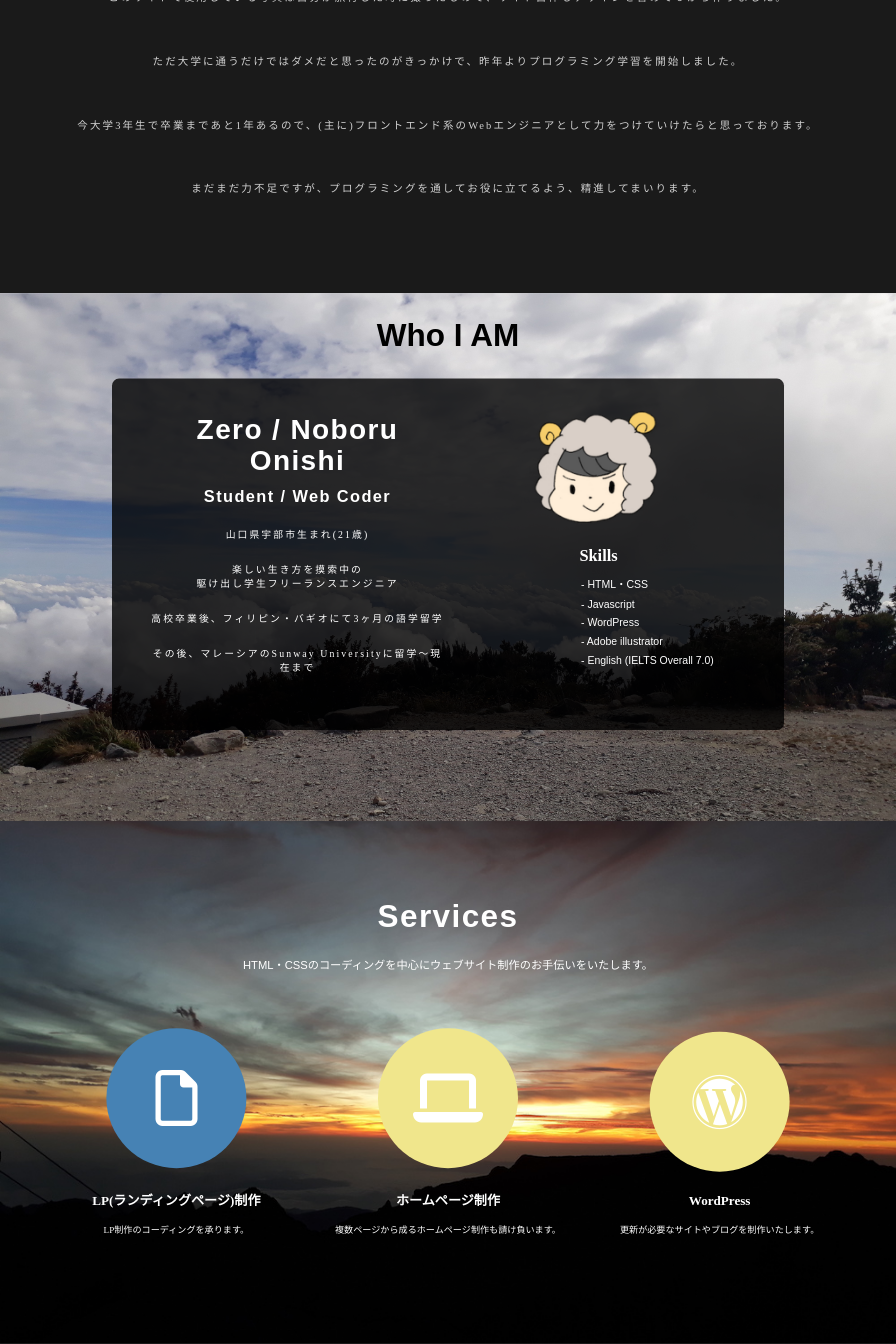
Repository: ZeroRequiem126/MyPortfolioSite
Page: top.html
The author's editor kept a record of every edit. The page is drawn from the files as they stood at one moment, then again after the next edit.
The browser window is 1280 px wide. The pictures show the part of the page from y = 1057 to 2977 px (the page is 2977 px tall), at 70% of full size.
Some web libraries are served in a nearby version.

Above is the page before.

### top.html
<!DOCTYPE>
<html>
    <head>
        <meta charset="utf-8">
        <title>Zero</title>
        <link rel="stylesheet" type="text/css" href="top.css">
        <link rel="stylesheet" type="text/css"  href="swiper.css">
        <meta name="viewport" content="width=device-width, initial-scale=1.0">
        <script src="https://kit.fontawesome.com/fdddab2d46.js"></script>
    </head>

    <body>
        <header>
            <div class="container">
                <div class="header-left">Zero</div>
                <div class="header-right">
                    <ul>
                        <li>Who I AM</li>
                        <li>Skills</li>
                        <li>Portfolio</li>
                        <li>Contact</li>
                    </ul>
                </div>
            </div>
        </header>

        <div class="main">
            <div class="container">

                    <span class="slider-title">Zero</span>
                    <div class="swiper-container">
                        <div class="swiper-wrapper">
                              <div class="swiper-slide"><img src="images/pic1.jpg" alt="pic1.JPG" width="100%"></div>
                              <div class="swiper-slide"><img src="images/pic2.jpg" alt="pic2.jpg" width="100%"></div>
                              <div class="swiper-slide"><img src="images/pic3.jpg" alt="pic3.JPG" width="100%"></div>
                              <div class="swiper-slide"><img src="images/pic4.png" alt="pic4.png" width="100%"></div>
                              <div class="swiper-slide"><img src="images/pic5.jpg" alt="pic4.jpg" width="100%"></div>
                              <div class="swiper-slide"><img src="images/pic6.jpg" alt="pic4.jpg" width="100%"></div>
                        </div>
                        <div class="swiper-button-prev"></div>
                        <div class="swiper-button-next"></div>
                    </div>

                    <div class="introduction">
                        <div class="container">
                            <p>はじめまして、大西昇と申します。</p>
                            <p>現在マレーシアの大学に留学している者ですが、駆け出しのウェブ系フリーランスとしても活動しています。 </p>
                            <p>このサイトで使用している写真は自分が旅行した時に撮ったもので、サイト自体もデザインを含めて０から作りました。</p>
                            <p>ただ大学に通うだけではダメだと思ったのがきっかけで、昨年よりプログラミング学習を開始しました。</p>
                            <p>今大学3年生で卒業まであと1年あるので、(主に)フロントエンド系のWebエンジニアとして力をつけていけたらと思っております。</p>
                            <p>まだまだ力不足ですが、プログラミングを通してお役に立てるよう、精進してまいります。</p>
                        </div>
                    </div>

                    <div class="about">
                        <div class="container">
                            <h1 class="about-title" style="font-family: 'Gurmukhi MN',sans-serif;">Who I AM</h1>

                            <div class="about-contents">
                                <div class="about-left">
                                    <div class="name-and-job">
                                        <h1>Zero / Noboru Onishi</h1>
                                        <h3>Student / Web Coder</h3>
                                    </div>
                                    <div class="career">
                                        <p>山口県宇部市生まれ(21歳)</p>
                                        <p>楽しい生き方を摸索中の<br>駆け出し学生フリーランスエンジニア</p>
                                        <p>高校卒業後、フィリピン・バギオにて3ヶ月の語学留学</p>
                                        <p>その後、マレーシアのSunway Universityに留学〜現在まで</p>
                                    </div>
                                </div>

                                <div class="about-right">
                                    <img src="images/person.png">
                                    <h3>Skills</h3>
                                    <ul>
                                        <li>- HTML・CSS</li>
                                        <li>- Javascript</li>
                                        <li>- WordPress</li>
                                        <li>- Adobe illustrator</li>
                                        <li>- English (IELTS Overall 7.0)</li>
                                    </ul>
                                </div>
                            </div>

                        </div>
                    </div>

                    <div class="service">
                        <div class="container">
                            <h1 class="service-title">Services</h1>
                            <p class="service-subtitle">HTML・CSSのコーディングを中心にウェブサイト制作のお手伝いをいたします。</p>

                            <div class="services">

                                <div class="service-contents">
                                    <span class="far fa-file" style="background-color: #4682b4;"></span>
                                    <h3>LP(ランディングページ)制作</h3>
                                    <p class="service-explanation">LP制作のコーディングを承ります。</p>
                                </div>

                                <div class="service-contents">
                                    <span class="fas fa-laptop" style="background-color: #f0e68c;"></span>
                                    <h3>ホームページ制作</h3>
                                    <p class="service-explanation">複数ページから成るホームページ制作も請け負います。</p>
                                </div>

                                <div class="service-contents">
                                    <span class="fab fa-wordpress" style="background-color: #f0e68c;"></span>
                                    <h3>WordPress</h3>
                                    <p>更新が必要なサイトやブログを制作いたします。</p>
                                </div>
                            </div>
                        </div>
                    </div>

            </div>
        </div>

        <footer>

        </footer>

        <script src="swiper.js"></script>
        <script>
          var mySwiper = new Swiper ('.swiper-container', {
            navigation: {
              nextEl: '.swiper-button-next',
              prevEl: '.swiper-button-prev',
            },
            loop: true,
            autoplay: {
                delay: 3000,
                disableOnInteraction: true
            },
            speed: 700,
          })
        </script>
    </body>

</html>

### top.css
@charset "utf-8";

* {
    box-sizing: border-box;
    margin: 0px;
    padding: 0px;
}

.container {
    text-align: center;
}

/* header */

header {
    height: 60px;
    width: 100%;
    background-color: white;
    color: black;
    line-height: 60px;
    position: fixed;
    z-index: 100;
}

.header-left {
    float: left;
    padding-left: 100px;
    font-size: 30px;
    font-family: 'Superclarendon',sans-serif;
}

.header-right {
    float: right;
    font-family: 'Gurmukhi MN',sans-serif;
}

.header-right ul {
    list-style: none;
    padding-right: 120px;
}

.header-right ul li {
    float: left;
    padding: 0 40px;
    font-size: 20px;
    cursor: pointer;
    transition: background-color 0.5s;
}

.header-right ul li:hover {
    background-color: #dcdcdc;
    transition: background-color 1s;
}

/* slider */

.slider-title {
    color: white;
    font-size: 150px;
    font-family: 'Trattatello',sans-serif;;
    position: absolute;
    top: 35%;
    left: 40%;
    z-index: 10;
    padding: 0 15px 0 10px;
    border: solid 8px;
    border-radius: 50%;
}

/* introduction */

.introduction {
    color: #D1D1D1;
    font-size: 15px;
    background-color: #1A1A1A;
    padding: 140px 0 70px 0;
    font-family: 'klee',sans-serif;
}

.introduction p {
    padding-bottom: 70px;
    letter-spacing: 3px;
}

/* About */

.about {
    margin: 0 auto;
    background-image: url("images/pic7.jpg");
    background-size: 100% auto;
    padding-bottom: 130px;
    font-size: 20px;
}

.about-title {
    padding: 35px 0;
    font-size: 45px;
}

.about-contents {
    background-color: rgba(0,0,0,0.8);
    display: inline-block;
    color: white;
    width: 75%;
    border-radius: 10px;
    padding: 0px 50px 50px 50px;
}

.about-left {
    float: left;
    width: 50%;
    vertical-align: top;
    padding-top: 50px;
}

.name-and-job {
    font-family: 'Papyrus-Condensed',sans-serif;
    letter-spacing: 2px;
    padding-bottom: 30px;
}

.name-and-job h1 {
    padding-bottom: 15px;
}

.career {
    font-family: 'klee',sans-serif;
}

.career p {
    padding-bottom: 30px;
    letter-spacing: 3px;
    font-size: 14px;
}

.about-right {
    float: left;
    width: 50%;
    padding-top: 20px;
}

.about-right h3 {
    padding-top: 20px;
    padding-bottom: 15px;
}

.about-right ul {
    list-style: none;
}

.about-right ul li {
    font-size: 15px;
    font-family: 'klee',sans-serif;
    padding-bottom: 10px;
    text-align: left;
    padding-left: 190px;
}

.about-right img {
    width: 200px;
}

/* Service */

.service {
    background-image: url("images/pic8.jpg");
    background-size: 100% auto;
    color: white;
    padding: 110px 0 155px 0;
}

.service-title {
    padding-bottom: 30px;
    font-family: 'Gurmukhi MN',sans-serif;
    font-size: 45px;
    letter-spacing: 2px;
}

.service-subtitle {
    font-family: 'klee',sans-serif;
}

.service-contents {
    display: inline-block;
    width: 30%;
    padding-top: 80px;
}

.service-contents span {
    font-size: 80px;
    border-radius: 50%;
    background-color: blue;
    margin-bottom: 30px;
    width: 200px;
    height: 200px;
    line-height: 200px;
}

.service-contents h3,p {
    font-family: 'klee';
}

.service-contents h3 {
    padding-bottom: 20px;
}

.service-contents p {
    font-size: 13px;
}

Loaded but not shown: swiper.css (library); swiper.js (library)

After the next edit:
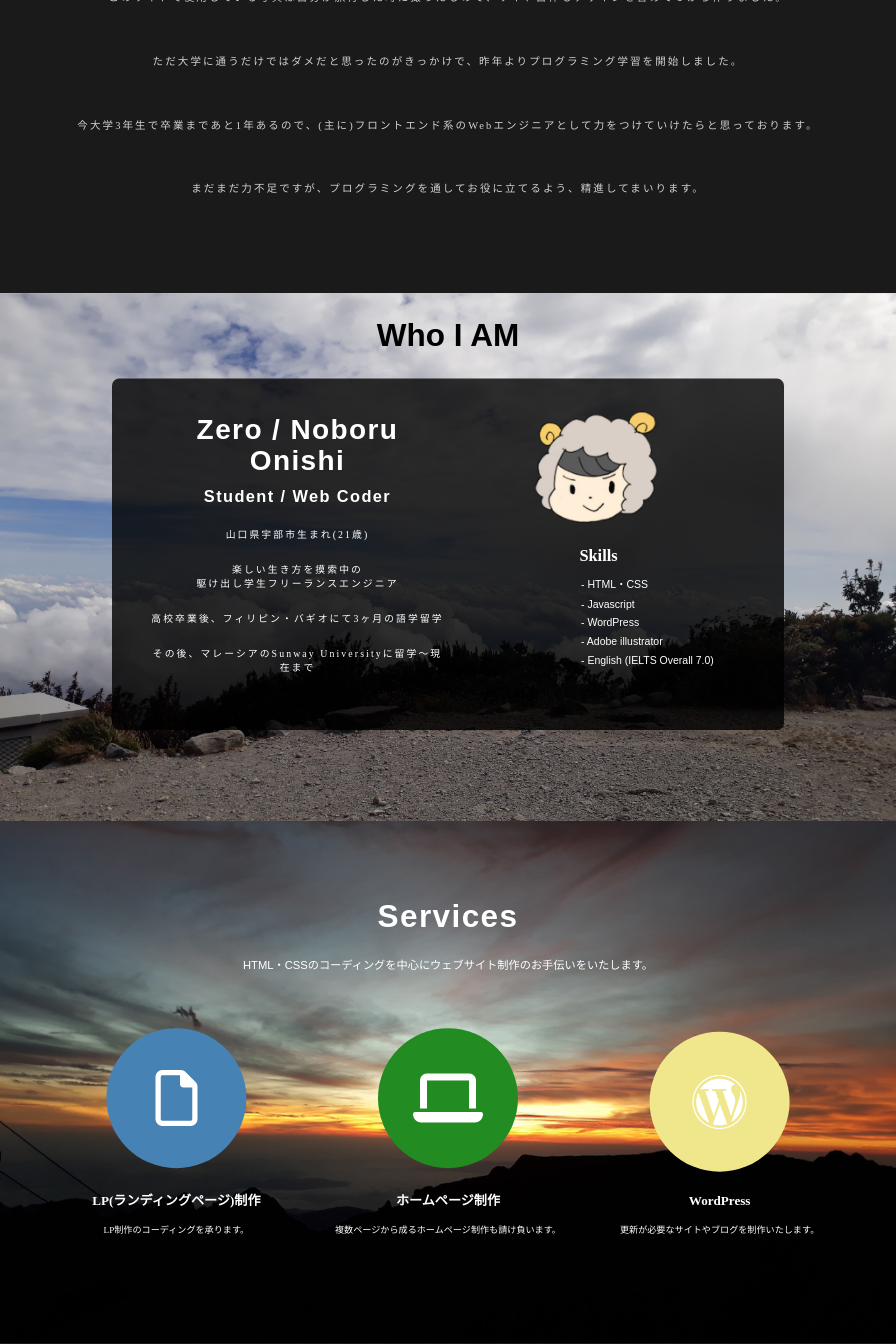
The edit:
--- a/top.html
+++ b/top.html
@@ -100,7 +100,7 @@
                                 </div>
 
                                 <div class="service-contents">
-                                    <span class="fas fa-laptop" style="background-color: #f0e68c;"></span>
+                                    <span class="fas fa-laptop" style="background-color: #228b22;"></span>
                                     <h3>ホームページ制作</h3>
                                     <p class="service-explanation">複数ページから成るホームページ制作も請け負います。</p>
                                 </div>
